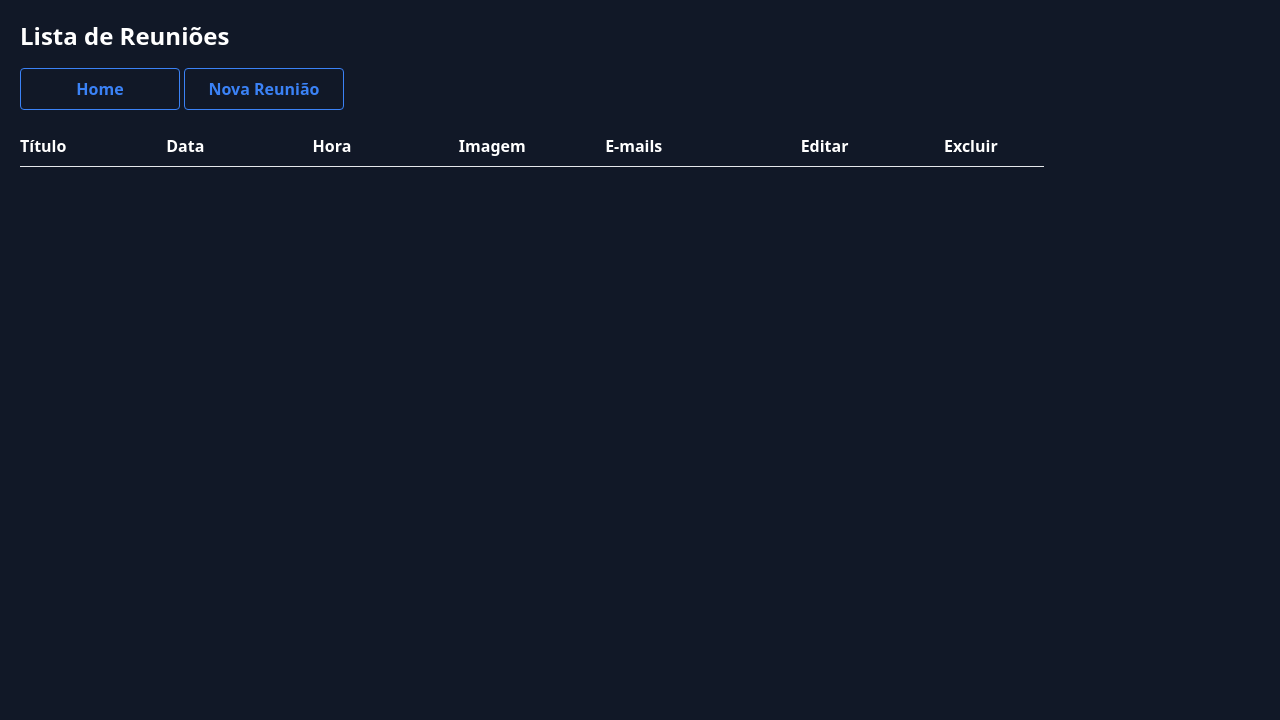
Repository: TamiBeira/meeting
Page: /meetings
The author's editor kept a copy of each file at every save. The page is drawn from the files as they stood at one save, then again after a run of saves.
The browser window is 1280 px wide. The pictures show the whole page.
The project was rebuilt for these pictures with package versions that can differ from the ones it lists, and the page was loaded fresh each time. Also part of the build but not shown: vite.config.ts, src/contexts/FormContext.tsx, src/components/Form.tsx, src/components/HomePage.tsx.

Above is the page before, as saved 2024-02-27 00:20:17.

After the next 2 saves:
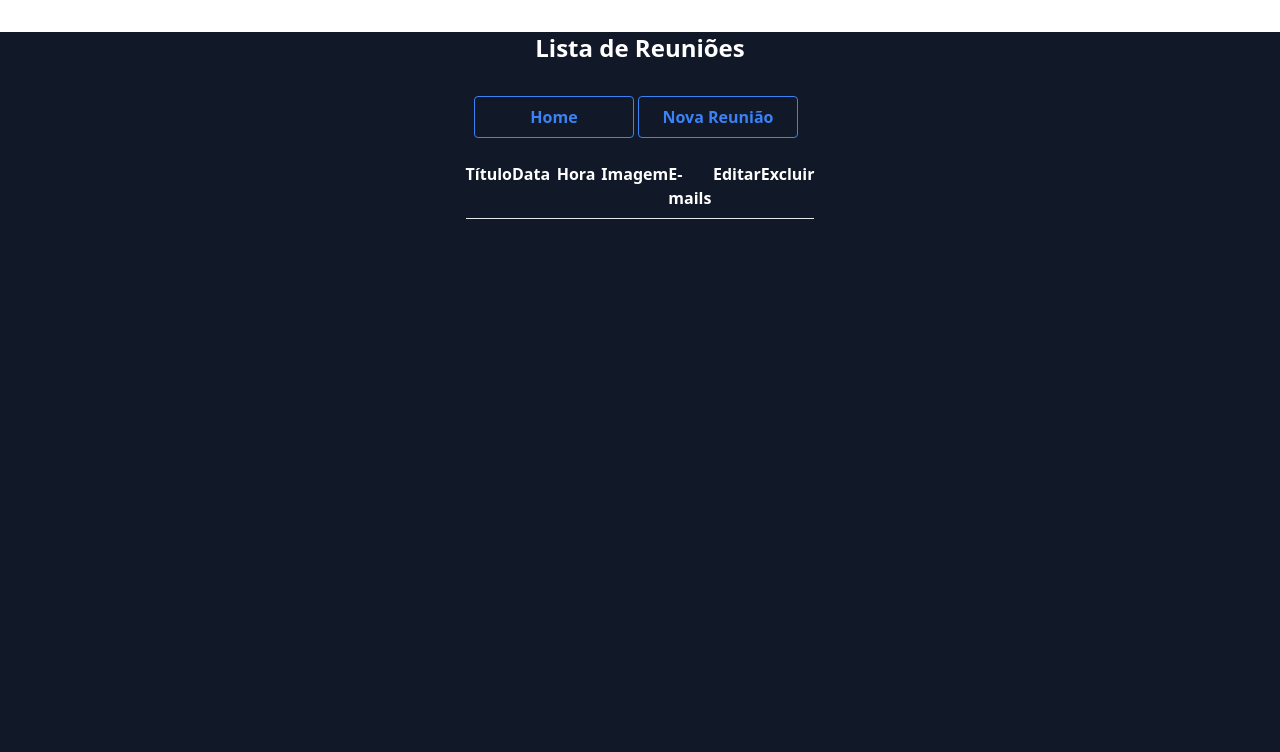
The 2 saves are shown as one change because 1 did not build or start.
The last was saved 16 min 52 s later.
--- a/src/components/MeetingsView.tsx
+++ b/src/components/MeetingsView.tsx
@@ -28,7 +28,7 @@ export const MeetingsView: React.FC = () => {
   };
 
   return (
-    <div className="mx-auto bg-gray-900 w-full h-screen p-5 flex-col">
+    <div className="flex flex-col items-center mt-8 bg-gray-900 w-full h-screen">
       <h2 className="text-2xl text-white font-bold mb-4">Lista de Reuniões</h2>
       <div className="mt-4 mb-4">
         <Link to="/" className="w-40 mr-1 inline-block text-center border border-solid border-blue-500 text-blue-500 font-bold px-4 py-2 rounded">Home</Link>
